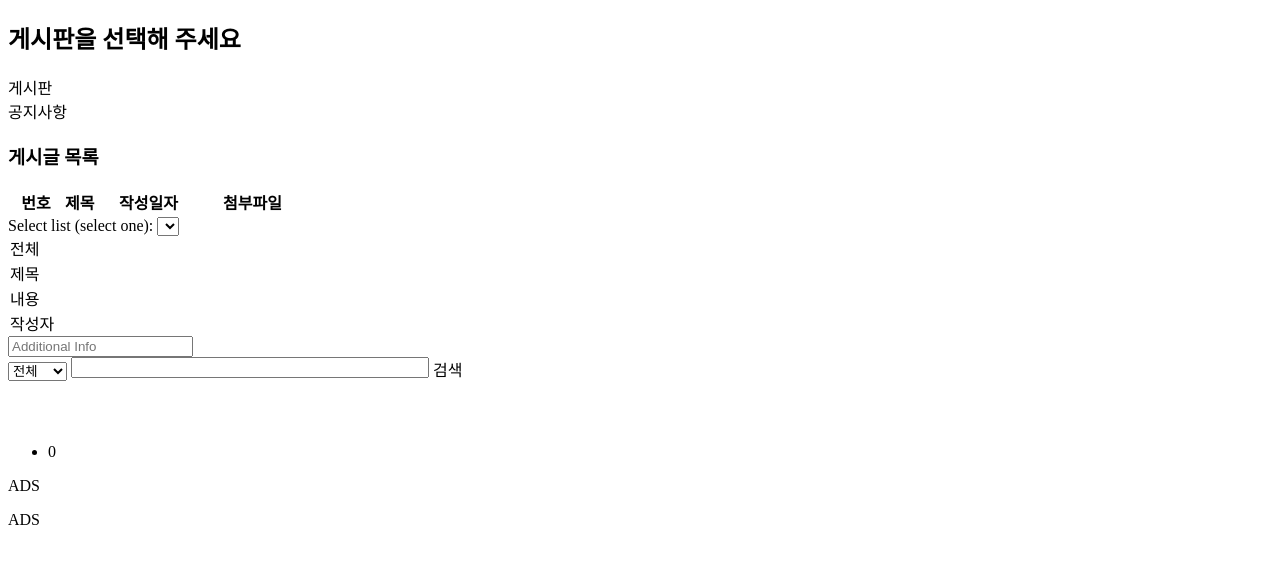
Repository: letzbegin/Study
Page: http://localhost/portfolio/WEB-INF/views/board/list.jsp
The author's editor kept a copy of each file at every save. The page is drawn from the files as they stood at one save, then again after the next save.
The browser window is 1280 px wide. The pictures show the whole page.
The page is served by Tomcat 9. Nobody is signed in. The template is opened directly, without the code that normally fills it, so the values that code supplies are empty.

Above is the page before, as saved 2018-10-15 04:35:03.

After the next save:
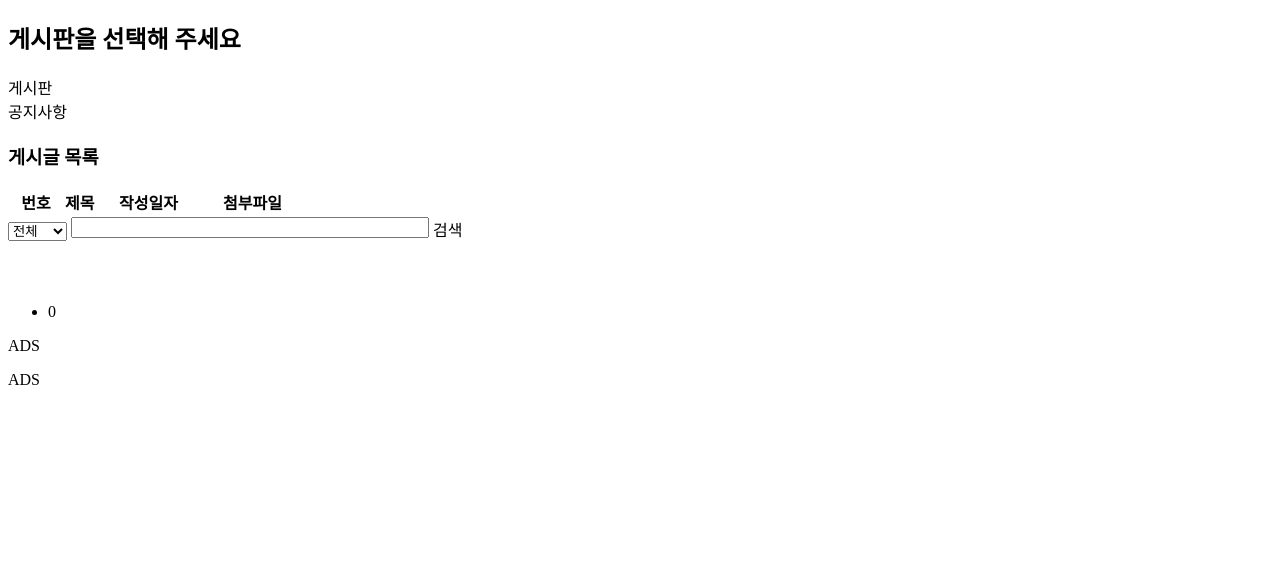
Saved 15 s later.
--- a/pol/portfolio/src/main/webapp/WEB-INF/views/board/list.jsp
+++ b/pol/portfolio/src/main/webapp/WEB-INF/views/board/list.jsp
@@ -43,23 +43,6 @@
 						</tr>
 					</c:forEach>
 				</table>
-
-				<div class="input-group">
-				<label for="sel1">Select list (select one):</label>
-      <select class="form-control" id="sel1"><select name="search">
-								<option ${page.search eq 'all' ? 'selected' : '' } value="all">전체</option>
-								<option ${page.search eq 'title' ? 'selected' : '' }
-									value="title">제목</option>
-								<option ${page.search eq 'content' ? 'selected' : '' }
-									value="content">내용</option>
-								<option ${page.search eq 'writer' ? 'selected' : '' }
-									value="writer">작성자</option>
-						</select>
-
-
-      <span class="input-group-addon"></span>
-      <input id="msg" type="text" class="form-control" name="msg" placeholder="Additional Info">
-    </div>
 
 				<span style="float: left;">
 						 <select name="search">
